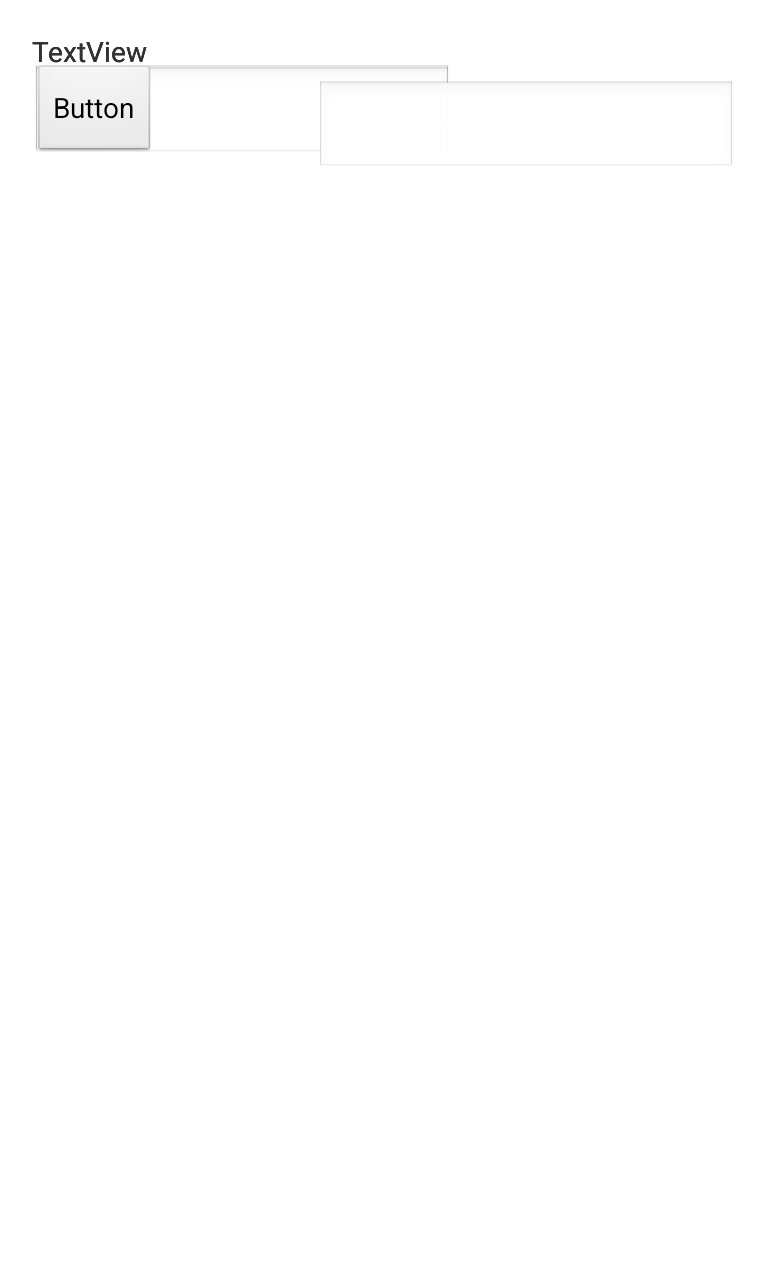
Repository: alexcpp2013/Solving-Quadratic-Equations-Android-Java-C--
Layout: src/Workspace3Cpp/SolvingEquation/res/layout/activity_main.xml
An editor plug-in stored every save of this project. The layout is shown before and after the next save, followed by the edit.
It is drawn on a 768 x 1280 px phone screen (xhdpi) without system bars, with theme AppTheme; the app's code is not run.

Above is the layout before, as saved 2014-02-11 07:26:50.

After the next save:
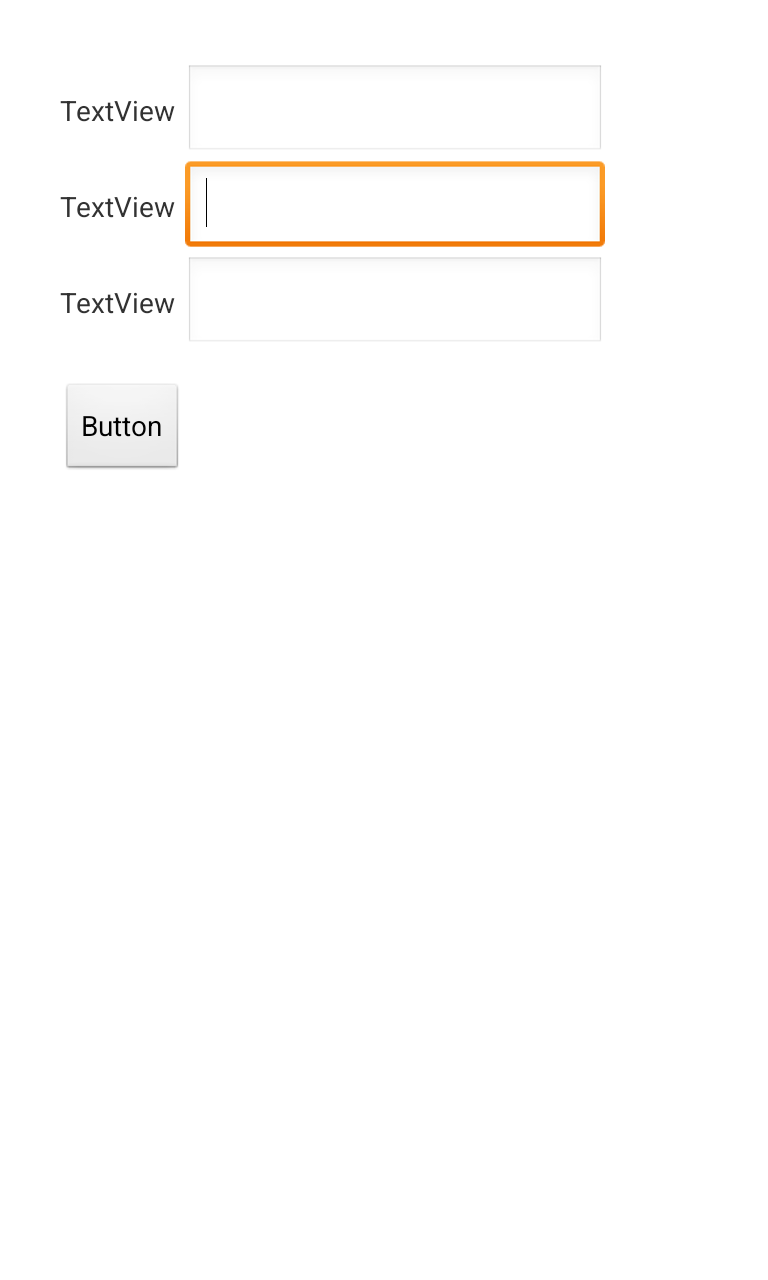
Saved 7 min 36 s later.
--- a/src/Workspace3Cpp/SolvingEquation/res/layout/activity_main.xml
+++ b/src/Workspace3Cpp/SolvingEquation/res/layout/activity_main.xml
@@ -8,48 +8,12 @@
     android:paddingTop="@dimen/activity_vertical_margin"
     tools:context=".MainActivity" >
 
-    <EditText
-        android:id="@+id/b == "
-        android:layout_width="wrap_content"
-        android:layout_height="wrap_content"
-        android:layout_alignLeft="@+id/editText1"
-        android:layout_below="@+id/editText1"
-        android:layout_marginTop="16dp"
-        android:ems="10" />
-
-    <EditText
-        android:id="@+id/c == "
-        android:layout_width="wrap_content"
-        android:layout_height="wrap_content"
-        android:layout_alignLeft="@+id/editText2"
-        android:layout_below="@+id/editText2"
-        android:layout_marginTop="17dp"
-        android:ems="10" />
-
-    <EditText
-        android:id="@+id/a == "
-        android:layout_width="wrap_content"
-        android:layout_height="wrap_content"
-        android:layout_alignParentRight="true"
-        android:layout_alignParentTop="true"
-        android:layout_marginTop="24dp"
-        android:ems="10" />
-
-    <TextView
-        android:id="@+id/textView1"
-        android:layout_width="wrap_content"
-        android:layout_height="wrap_content"
-        android:layout_alignBaseline="@+id/editText1"
-        android:layout_alignBottom="@+id/editText1"
-        android:layout_alignParentLeft="true"
-        android:text="TextView" />
-
     <TextView
         android:id="@+id/textView2"
         android:layout_width="wrap_content"
         android:layout_height="wrap_content"
-        android:layout_alignBaseline="@+id/editText2"
-        android:layout_alignBottom="@+id/editText2"
+        android:layout_alignBaseline="@+id/editText3"
+        android:layout_alignBottom="@+id/editText3"
         android:layout_alignLeft="@+id/textView1"
         android:text="TextView" />
 
@@ -57,17 +21,56 @@
         android:id="@+id/textView3"
         android:layout_width="wrap_content"
         android:layout_height="wrap_content"
-        android:layout_alignBaseline="@+id/editText3"
-        android:layout_alignBottom="@+id/editText3"
+        android:layout_alignBaseline="@+id/editText1"
+        android:layout_alignBottom="@+id/editText1"
         android:layout_alignLeft="@+id/textView2"
         android:text="TextView" />
+
+    <EditText
+        android:id="@+id/editText3"
+        android:layout_width="wrap_content"
+        android:layout_height="wrap_content"
+        android:layout_alignLeft="@+id/editText2"
+        android:layout_below="@+id/editText2"
+        android:ems="10" >
+
+        <requestFocus />
+    </EditText>
+
+    <EditText
+        android:id="@+id/editText2"
+        android:layout_width="wrap_content"
+        android:layout_height="wrap_content"
+        android:layout_alignParentTop="true"
+        android:layout_marginTop="16dp"
+        android:layout_toRightOf="@+id/button1"
+        android:ems="10" />
+
+    <TextView
+        android:id="@+id/textView1"
+        android:layout_width="wrap_content"
+        android:layout_height="wrap_content"
+        android:layout_alignBaseline="@+id/editText2"
+        android:layout_alignBottom="@+id/editText2"
+        android:layout_alignParentLeft="true"
+        android:layout_marginLeft="14dp"
+        android:text="TextView" />
+
+    <EditText
+        android:id="@+id/editText1"
+        android:layout_width="wrap_content"
+        android:layout_height="wrap_content"
+        android:layout_alignLeft="@+id/editText3"
+        android:layout_below="@+id/editText3"
+        android:ems="10" />
 
     <Button
         android:id="@+id/button1"
         android:layout_width="wrap_content"
         android:layout_height="wrap_content"
-        android:layout_below="@+id/editText3"
-        android:layout_marginTop="16dp"
+        android:layout_alignLeft="@+id/textView3"
+        android:layout_below="@+id/editText1"
+        android:layout_marginTop="15dp"
         android:text="Button" />
 
 </RelativeLayout>
